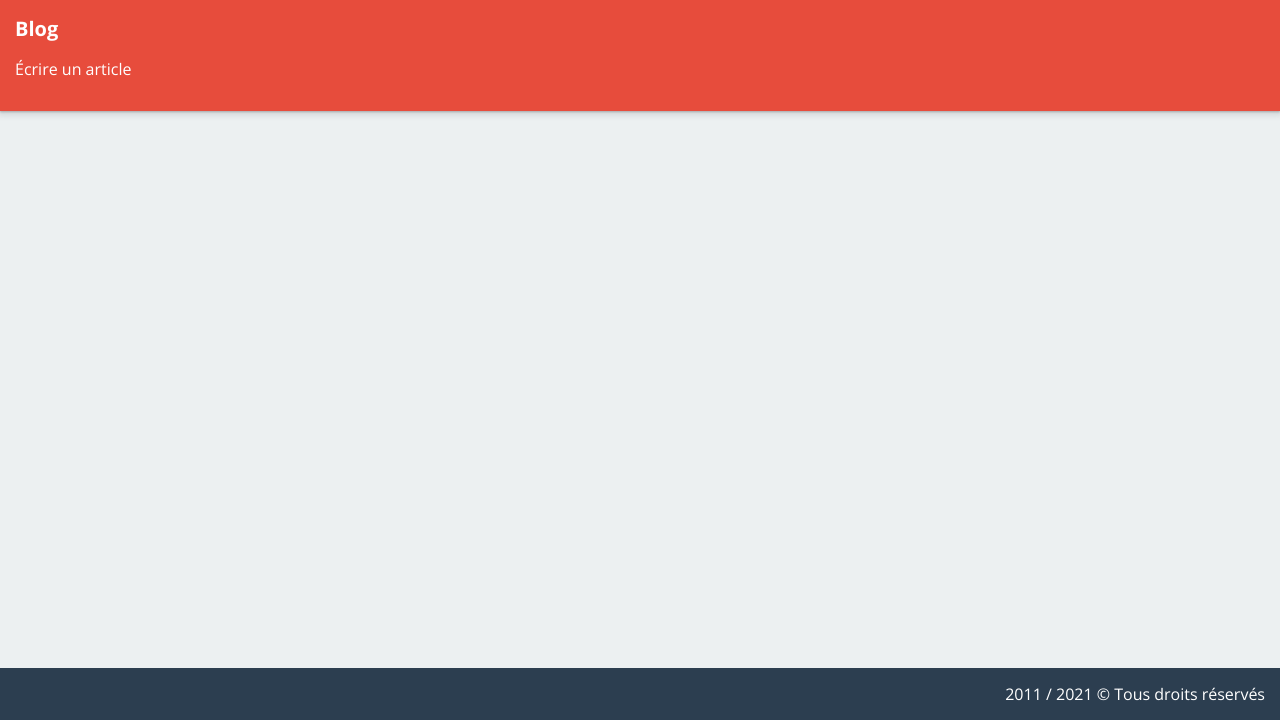
Repository: Yannis699/Projet_blog
Page: http://localhost/add-article.php
An editor plug-in stored every save of this project. The page is shown before and after the next save, followed by the edit.
The browser window is 1280 px wide. The pictures show the whole page.
The page is run by PHP 8.4 with error messages shown; the project is at /var/www/html/.

Above is the page before, as saved 2022-05-19 21:13:19.

### blog/add-article.php


<!DOCTYPE html>
<html lang="en">

<head>
    <?php require_once 'includes/head.php' ?>
    <link rel="stylesheet" href="public/css/add-article.css">
    <title>Créer un article</title>
</head>

<body>
    <div class="container">
        <?php require_once 'includes/header.php' ?>
        <div class="content">

        </div>
        <?php require_once 'includes/footer.php' ?>
    </div>

</body>

</html>

### blog/includes/head.php
<meta charset="UTF-8">
<meta http-equiv="X-UA-Compatible" content="IE=edge">
<meta name="viewport" content="width=device-width, initial-scale=1.0">
<link rel="stylesheet" href="public/css/style.css">
<script defer src="public/js/index.js"></script>
<link rel="preconnect" href="https://fonts.gstatic.com">
<link href="https://fonts.googleapis.com/css2?family=Open+Sans:wght@400;700&display=swap" rel="stylesheet">

### blog/includes/header.php
<header>
   <a href="/" class="logo">Blog</a>
   <ul class="header-menu">
       <li>
           <a href="/add-article.php"> Écrire un article </a>
       </li>
   </ul>
</header>

### blog/includes/footer.php
<footer>
    <p>2011 / 2021 © Tous droits réservés</p>
</footer>

### blog/public/css/style.css
/* theme */
:root {
  --font-family: 'Open Sans', sans-serif;
  --primary: #e74c3c;
  --dark: #2c3e50;
  --danger: #e74c3c;
  --background-light: #ecf0f1;
  --text-color: #444;
  --text-color-light: #fff;
  --box-shadow: rgba(60, 64, 67, 0.3) 0px 1px 2px 0px,
    rgba(60, 64, 67, 0.15) 0px 2px 6px 2px;
  --border: 1px solid #eee;
}

/* reset */

* {
  box-sizing: border-box;
}

html,
body {
  overflow: hidden;
  margin: 0;
  padding: 0;
  font-size: 10px;
  font-family: var(--font-family);
  background-color: var(--background-light);
}

h1,
p {
  margin: 0;
}

h1 {
  margin-bottom: 1rem;
}

ul {
  padding: 0;
  list-style-type: none;
}

a {
  color: inherit;
  text-decoration: none;
}

/* container */

.container {
  font-size: 1.6rem;
  min-height: 100vh;
  display: flex;
  flex-flow: column;
  color: var(--text-color);
}

/* text */

.text-danger {
  color: var(--danger);
  font-size: 1.2rem;
  font-weight: bold;
}

/* button */

.btn {
  background-color: white;
  font-weight: 700;
  color: var(--text-color);
  font-size: 1.6rem;
  border: 0;
  padding: 10px 15px;
  cursor: pointer;
  border-radius: 3px;
  margin: 0 5px;
  box-shadow: var(--box-shadow);
}

.btn-primary {
  background-color: var(--primary);
  color: var(--text-color-light);
}

.btn-danger {
  background-color: var(--danger);
  color: var(--text-color-light);
}

.btn-small {
  padding: 5px 10px;
  font-size: 1.4rem;
}

.low-opacity {
  opacity: 0.5;
}

/* header */

header {
  background-color: var(--primary);
  padding: 1.5rem;
  box-shadow: var(--box-shadow);
  color: var(--text-color-light);
  display
}

.logo {
  font-weight: 700;
  font-size: 2rem;
  color: var(--text-color-light);
}

/* footer */

footer {
  background: var(--dark);
  display: flex;
  flex-flow: row-reverse;
  color: var(--text-color-light);
  padding: 1.5rem;
}

/* content  */

.content {
  flex: 1;
  display: flex;
  flex-flow: row;
  justify-content: center;
  align-items: center;
}

### blog/public/js/index.js
console.log('Hello Dyma !');

### blog/public/css/add-article.css
.form-container {
    display: flex;
    flex-flow: column;
    width: 60rem;
}

.form-container h1 {
 margin-bottom: 2rem;
}

.form-control{
    display: flex;
    flex-flow: column;
    margin: 1rem 0;
}

.form-control-label {
    margin-bottom: 1rem;
}

.form-control input {
    border: var(--border);
    border-radius: 3px;
    padding: 1rem 1.5rem;
}

.form-control select {
    border: var(--border);
    padding: 1rem 1.5rem;
}

.form-control textarea {
    border: var(--border);
    padding: 1rem 1.5rem;
    min-height: 20rem;
}

.form-actions {
    display: flex;
    flex-flow: row nowrap;
    justify-content: flex-end;
}

After the next save:
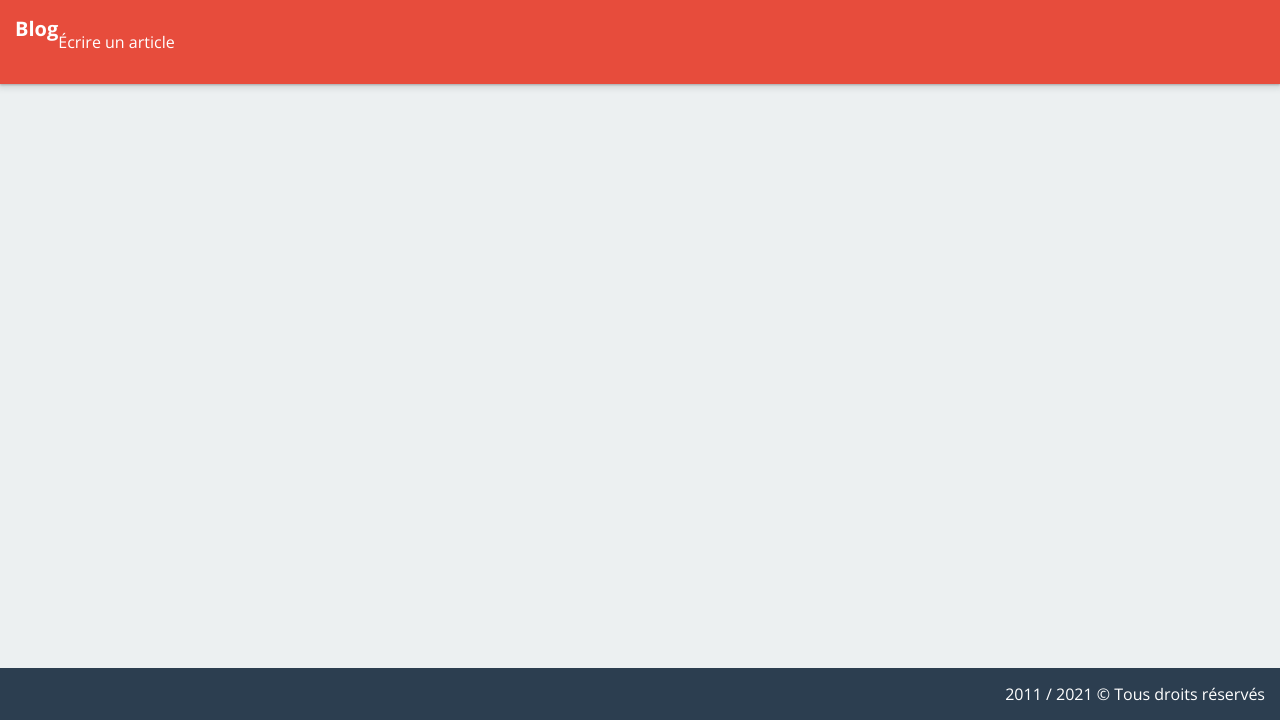
Saved 8 s later.
--- a/blog/public/css/style.css
+++ b/blog/public/css/style.css
@@ -106,7 +106,8 @@ header {
   padding: 1.5rem;
   box-shadow: var(--box-shadow);
   color: var(--text-color-light);
-  display
+  display: flex;
+
 }
 
 .logo {
